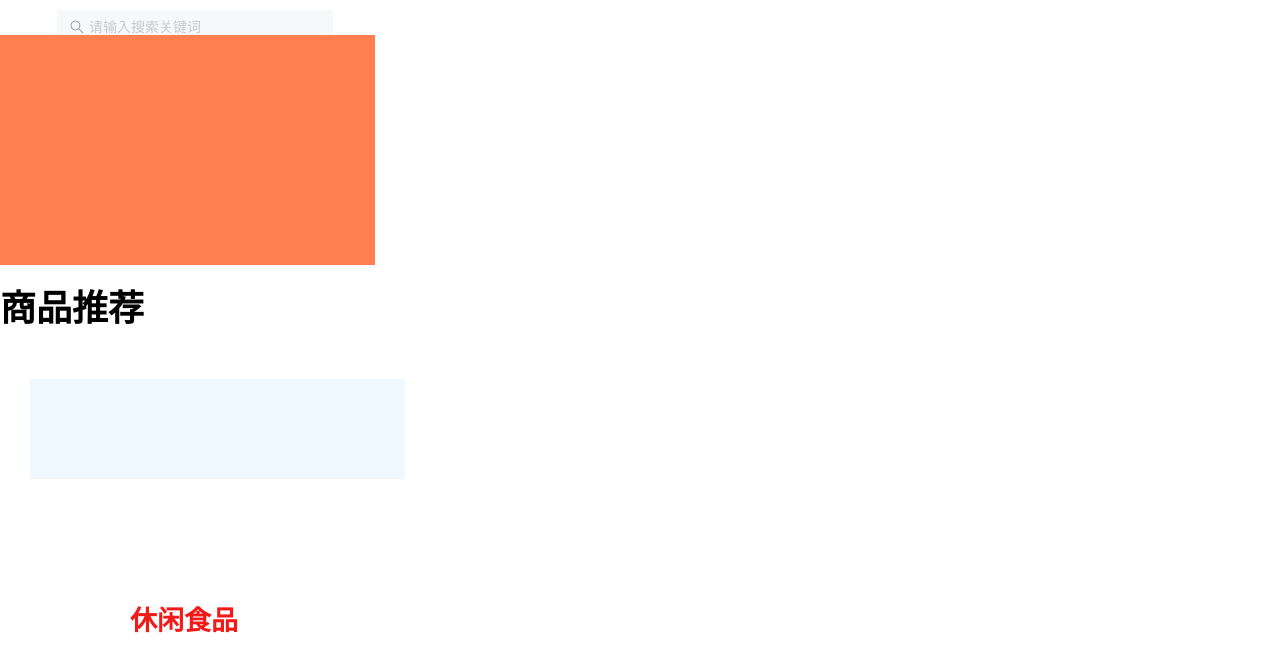
Repository: liyang777777/shangcheng
Page: /
The author's editor kept a copy of each file at every save. The page is drawn from the files as they stood at one save, then again after the next save.
The browser window is 1280 px wide. The pictures show the whole page.
The page's requests for data from a server got no answer. The project was rebuilt for these pictures with package versions that can differ from the ones it lists, and the page was loaded fresh each time. No one was signed in, and anything a server would have sent is missing. Also part of the build but not shown: vue.config.js. Imported but missing from the stored project, and not drawn on this page: src/views/About.

Above is the page before, as saved 2020-06-23 15:03:16.

After the next save:
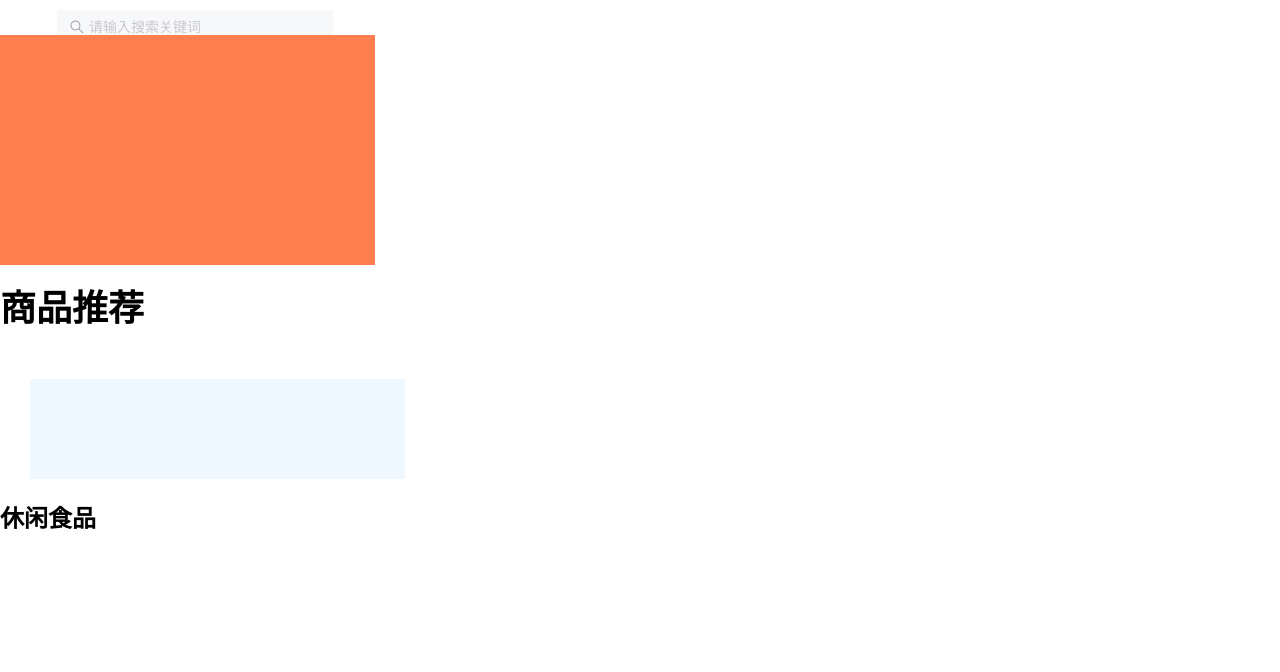
Saved 3 min 32 s later.
--- a/src/components/Prre.vue
+++ b/src/components/Prre.vue
@@ -69,12 +69,5 @@ export default {
   margin-left: 60px;
   text-decoration: line-through;
 }
-.All {
-  width: 200px;
-  height: 100px;
-  font-size: 18px;
-  margin-top: 120px;
-  margin-left: 130px;
-  color:rgb(243, 25, 25);
-}
+
 </style>
